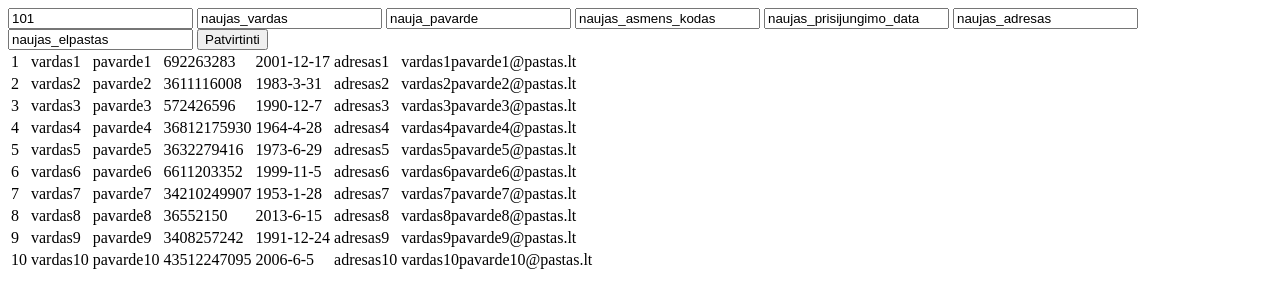
Repository: motiejus1/09-paskaita-PHP-05.31
Page: http://localhost/
These files come from the project's save history. The page is drawn as it stood at one moment and after a run of saves; the edit follows.
The browser window is 1280 px wide. The pictures show the whole page.
The page is run by PHP 8.4 with error messages shown; the project is at /var/www/html/.

Above is the page before, as saved 2021-08-02 20:57:11.

After the next 2 saves:
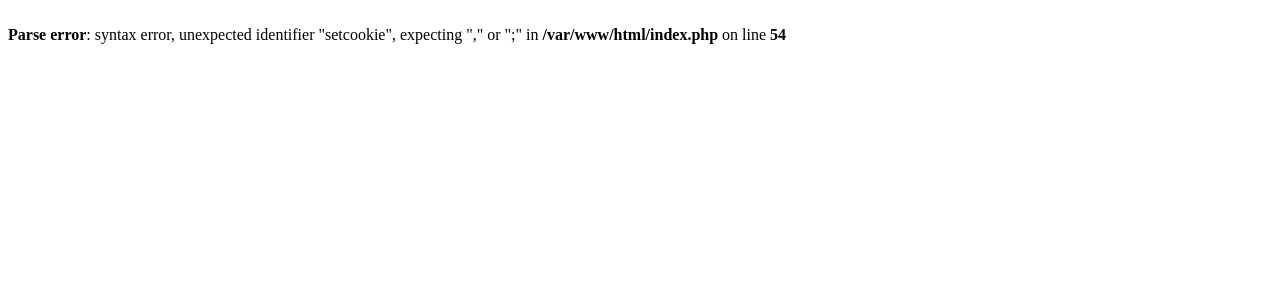
The 2 saves are shown as one change because they came seconds apart.
The last was saved 12 s later.
--- a/index.php
+++ b/index.php
@@ -50,6 +50,7 @@
 
 
     $klientai_tekstas = $_COOKIE["klientai"] . "|$id,$vardas,$pavarde,$asmens_kodas,$prisijungimo_data,$adresas,$elpastas";
+    echo ""
     setcookie("klientai", $klientai_tekstas, time() + 3600, "/");
 }
 

After the save that followed:
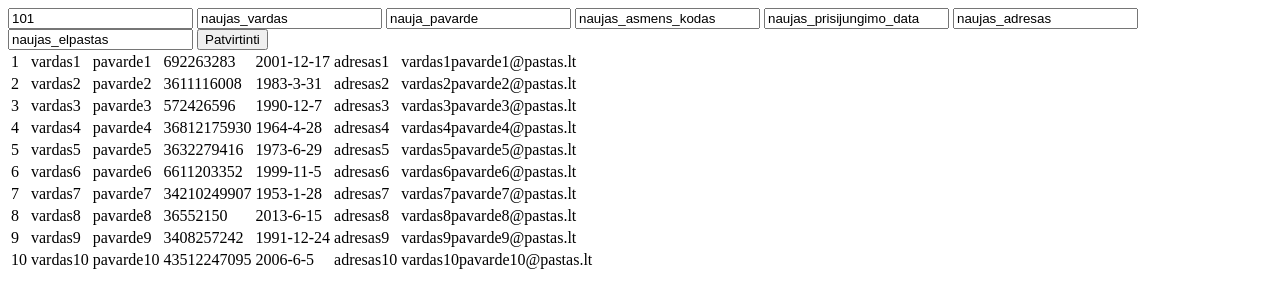
Saved 5 s later.
--- a/index.php
+++ b/index.php
@@ -50,7 +50,7 @@
 
 
     $klientai_tekstas = $_COOKIE["klientai"] . "|$id,$vardas,$pavarde,$asmens_kodas,$prisijungimo_data,$adresas,$elpastas";
-    echo ""
+    echo $klientai_tekstas;
     setcookie("klientai", $klientai_tekstas, time() + 3600, "/");
 }
 
